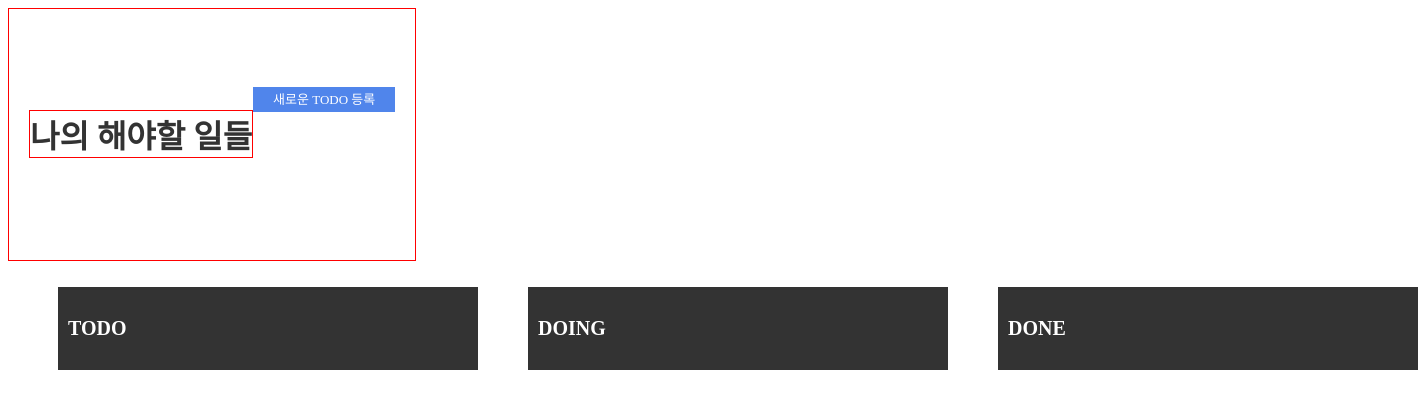
Repository: estellechoi/jsp-project-todo
Page: http://localhost/todo/MainServlet
An editor plug-in stored every save of this project. The page is shown before and after the next save, followed by the edit.
The browser window is 1280 px wide. The page is 1418 px wide, so the pictures cover 1418 px, including what lies to the right of the window. The pictures show the whole page.
The page is served by Tomcat 9. Queries for data that is not in the repository find no rows.

Above is the page before, as saved 2019-12-08 07:43:15.

After the next save:
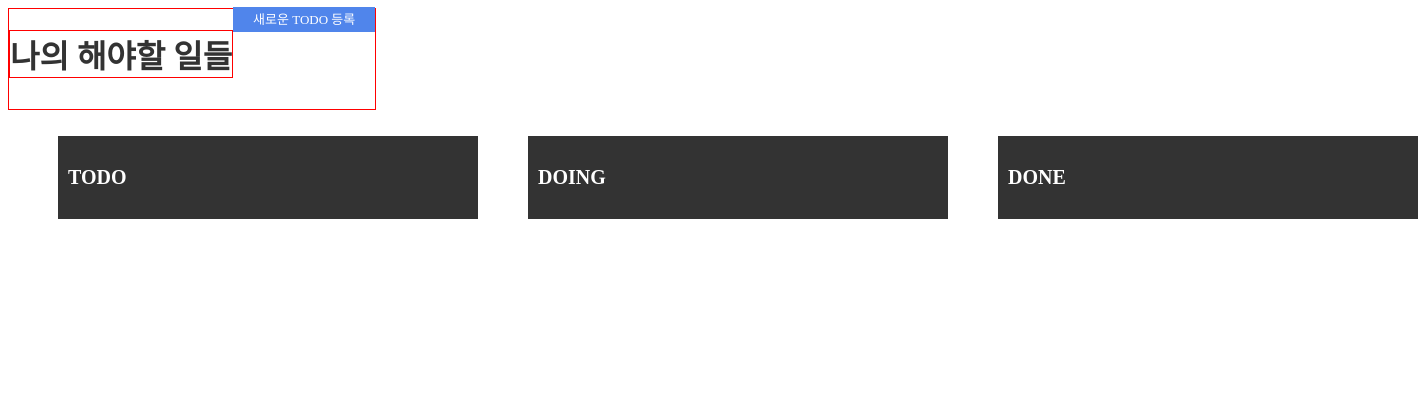
Saved 42 s later.
--- a/todo/src/main/webapp/jsp/main.jsp
+++ b/todo/src/main/webapp/jsp/main.jsp
@@ -25,10 +25,11 @@
 
 
 	header {
-/* 		height: 100px; */
-		padding: 80px 20px;
+ 		height: 100px;
+/* 		padding: 80px 20px; */
 		border: 1px solid red;
 		display: table-cell;
+		vertical-align: center;
 	}
 
 	#header_logo {
